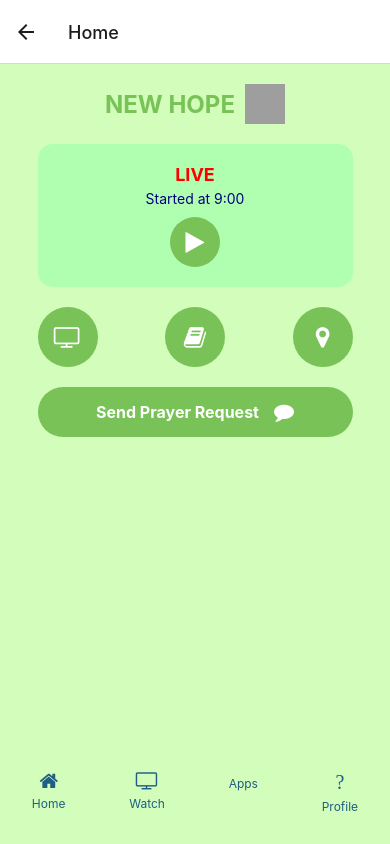
Repository: AbrahamM007/NewHopeChurchApp
Screen: /Home
An editor plug-in stored every save of this project. The screen is shown before and after the next save, followed by the edit.
Pictures or frames that could not be fetched are drawn as grey boxes. The app was drawn by React Native's web renderer in a window 390 px wide. The project was rebuilt for these pictures with package versions that can differ from the ones it lists, and the page was loaded fresh each time. Some packages were replaced by stand-ins written for this rebuild. Also part of the build but not shown: screens/SignUpScreen.js.

Above is the screen before, as saved 2024-10-21 16:44:17.

After the next save:
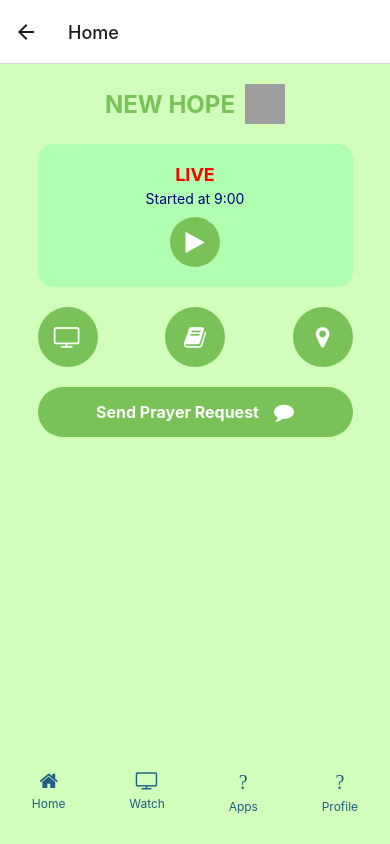
Saved 4 min 40 s later.
--- a/screens/HomeScreen.js
+++ b/screens/HomeScreen.js
@@ -57,7 +57,7 @@ const HomeScreen = () => {
           <Text style={styles.navText}>Watch</Text>
         </TouchableOpacity>
         <TouchableOpacity style={styles.navItem}>
-          <Icon name="" size={20} color="#205E82" />
+          <Icon name="appstore1" size={20} color="#205E82" />
           <Text style={styles.navText}>Apps</Text>
         </TouchableOpacity>
         <TouchableOpacity style={styles.navItem}>
